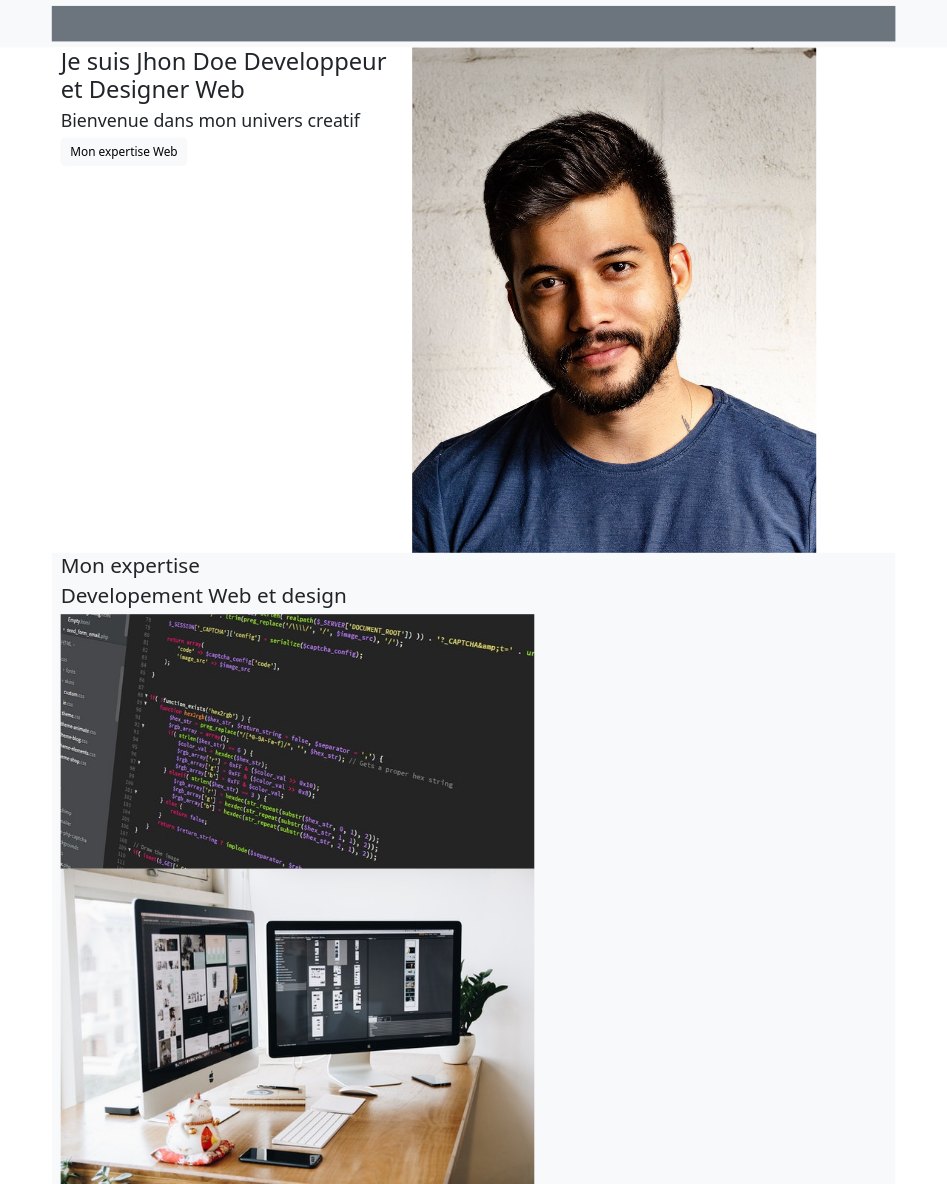
Repository: wadelfadill/Bootstrap_tache_1_portfolio
Page: index.html
The author's editor kept a copy of each file at every save. The page is drawn from the files as they stood at one save, then again after the next save.
The browser window is 1280 px wide. The pictures show the whole page, at 74% of full size.

Above is the page before, as saved 2023-03-27 11:50:22.

After the next save:
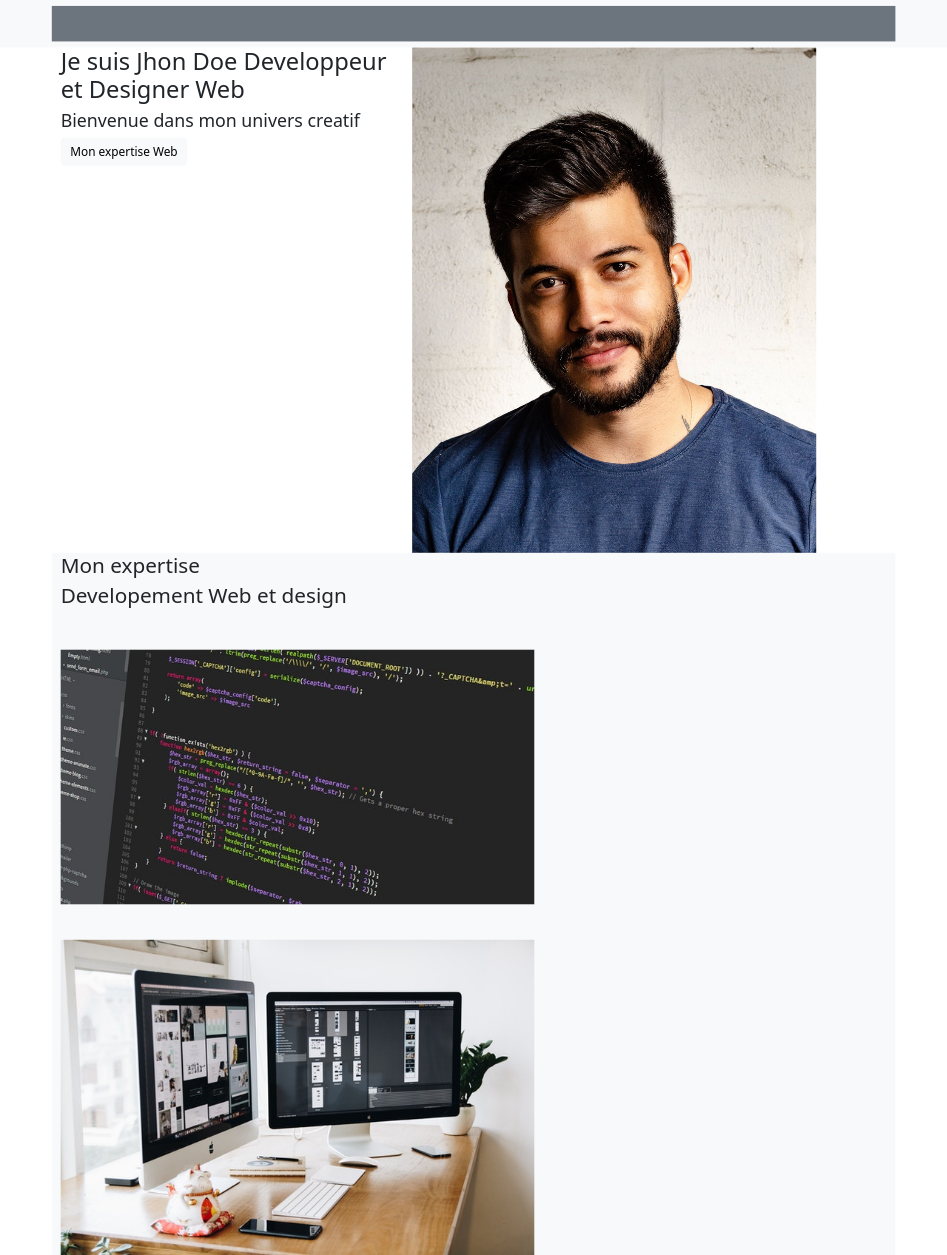
Saved 30 s later.
--- a/index.html
+++ b/index.html
@@ -36,7 +36,7 @@
 
                 </div>
             </div>
-            <div class="g-col-5 g-start-2">
+            <div class="g-col-5 g-start-2 py-5">
                 <img src="img/code.jpg" alt="" class="img-fluid">
             </div>
             <div class="g-col-5 g-start-1">

After the save that followed:
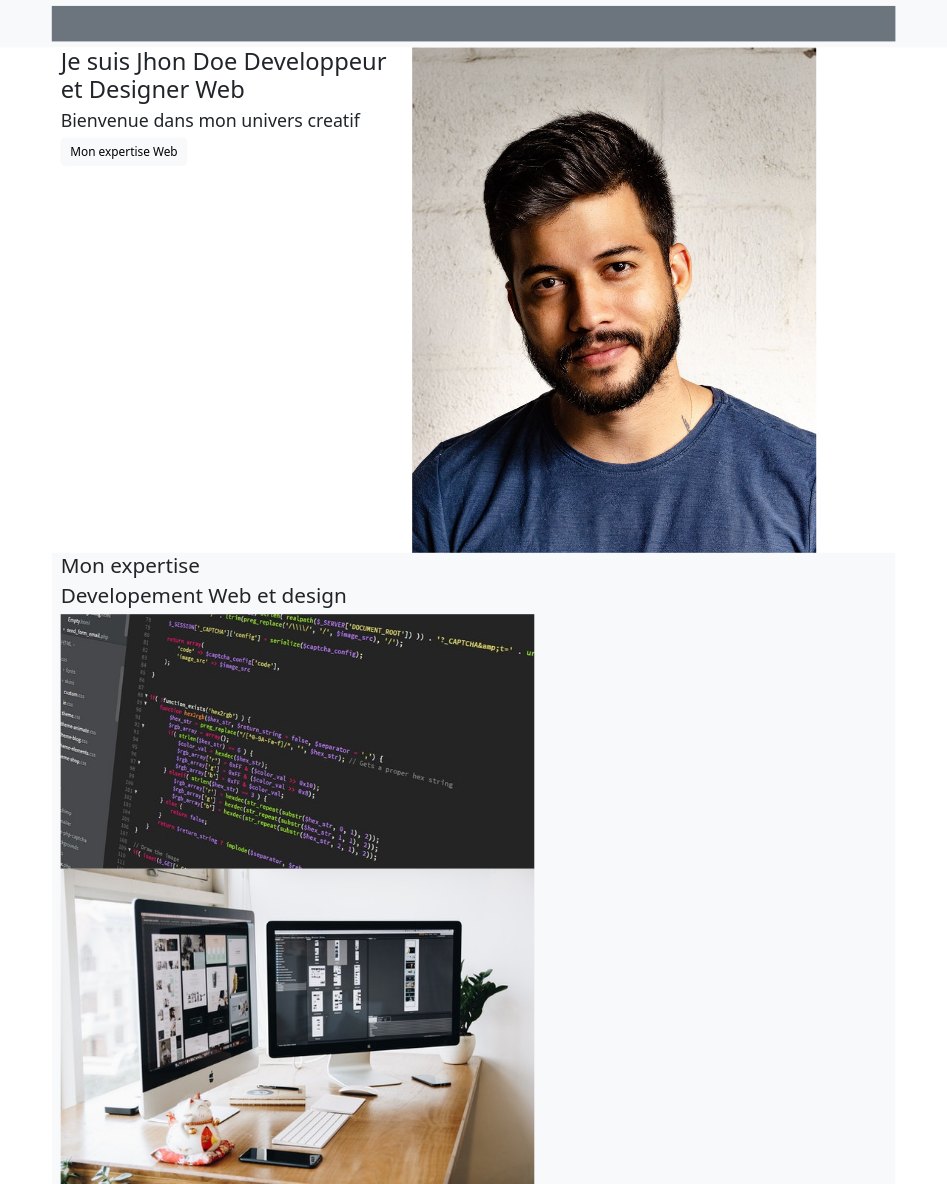
Saved 19 s later.
--- a/index.html
+++ b/index.html
@@ -36,7 +36,7 @@
 
                 </div>
             </div>
-            <div class="g-col-5 g-start-2 py-5">
+            <div class="g-col-5 g-start-2">
                 <img src="img/code.jpg" alt="" class="img-fluid">
             </div>
             <div class="g-col-5 g-start-1">
